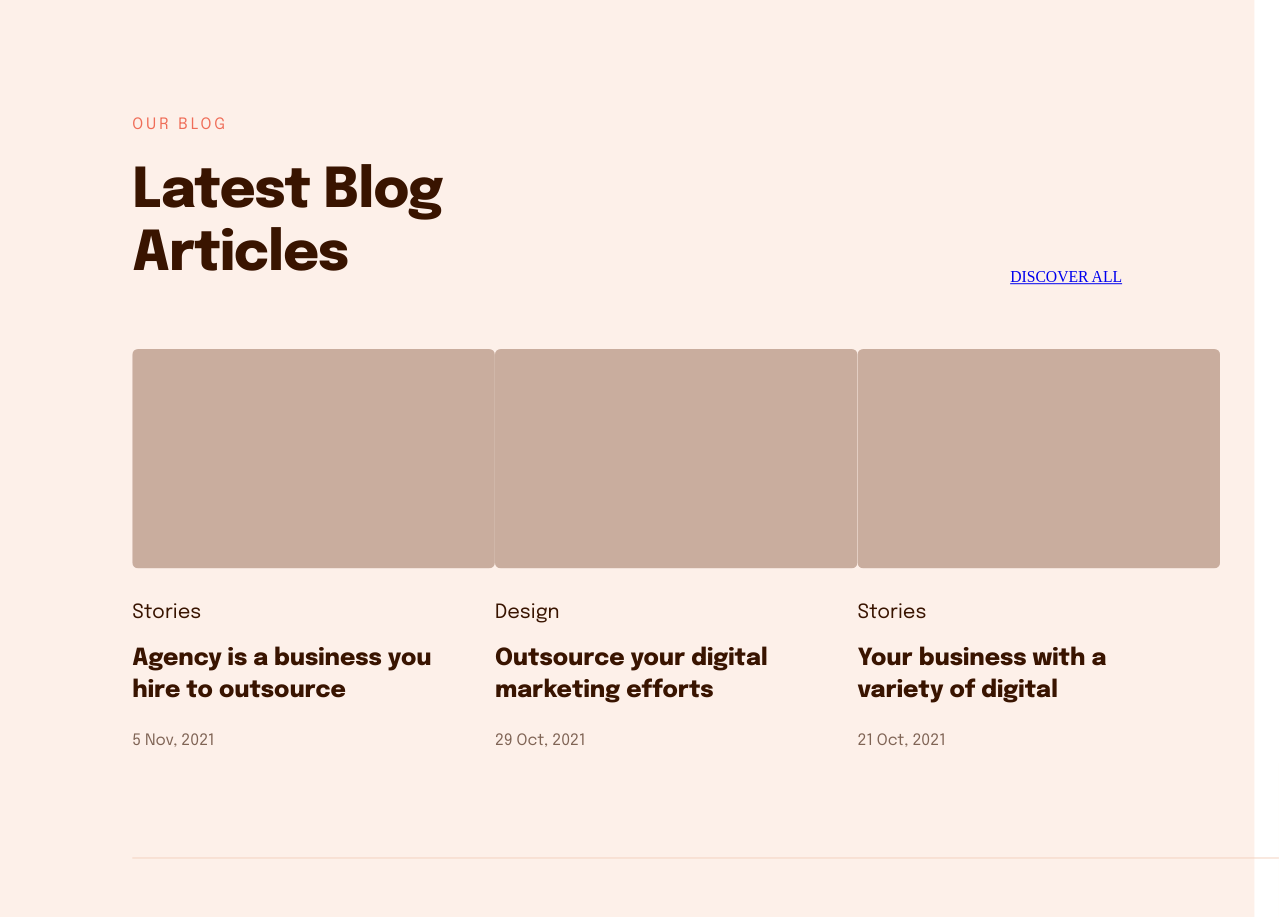
Repository: AytacJafarova/blog
Page: index.html
These files come from the project's save history. The page is drawn as it stood at one moment and after the next save; the edit follows.
The browser window is 1280 px wide. The page is 1305 px wide, so the pictures cover 1305 px, including what lies to the right of the window. The pictures show the whole page, at 98% of full size.

Above is the page before, as saved 2023-08-03 13:54:34.

After the next save:
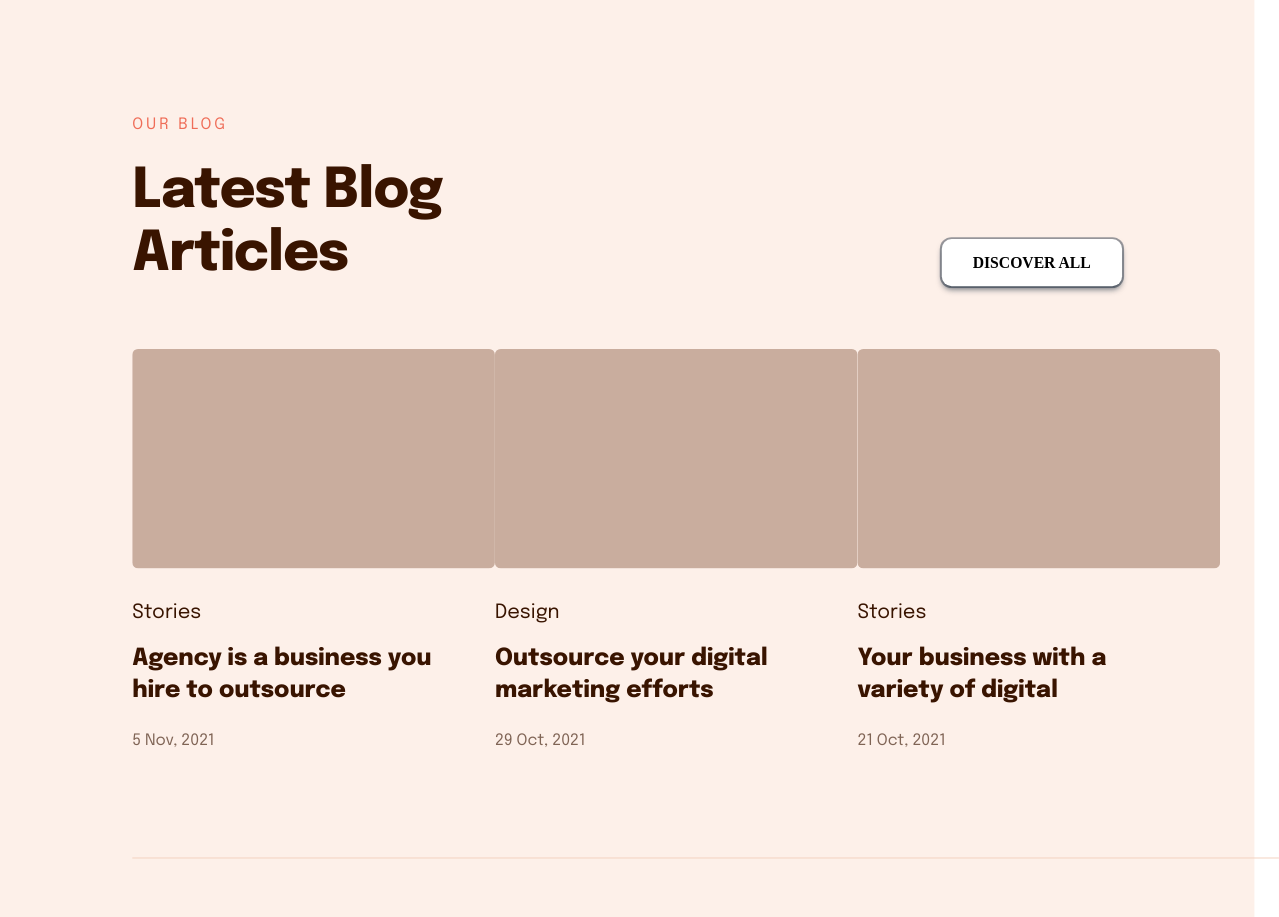
Saved 13 s later.
--- a/index.css
+++ b/index.css
@@ -47,7 +47,7 @@
     margin-top: auto;
 }
 
-.blog .box2 .button a {
+.blog .box2  a {
     background-color: white;
     border: none;
     border-radius: 10px;
